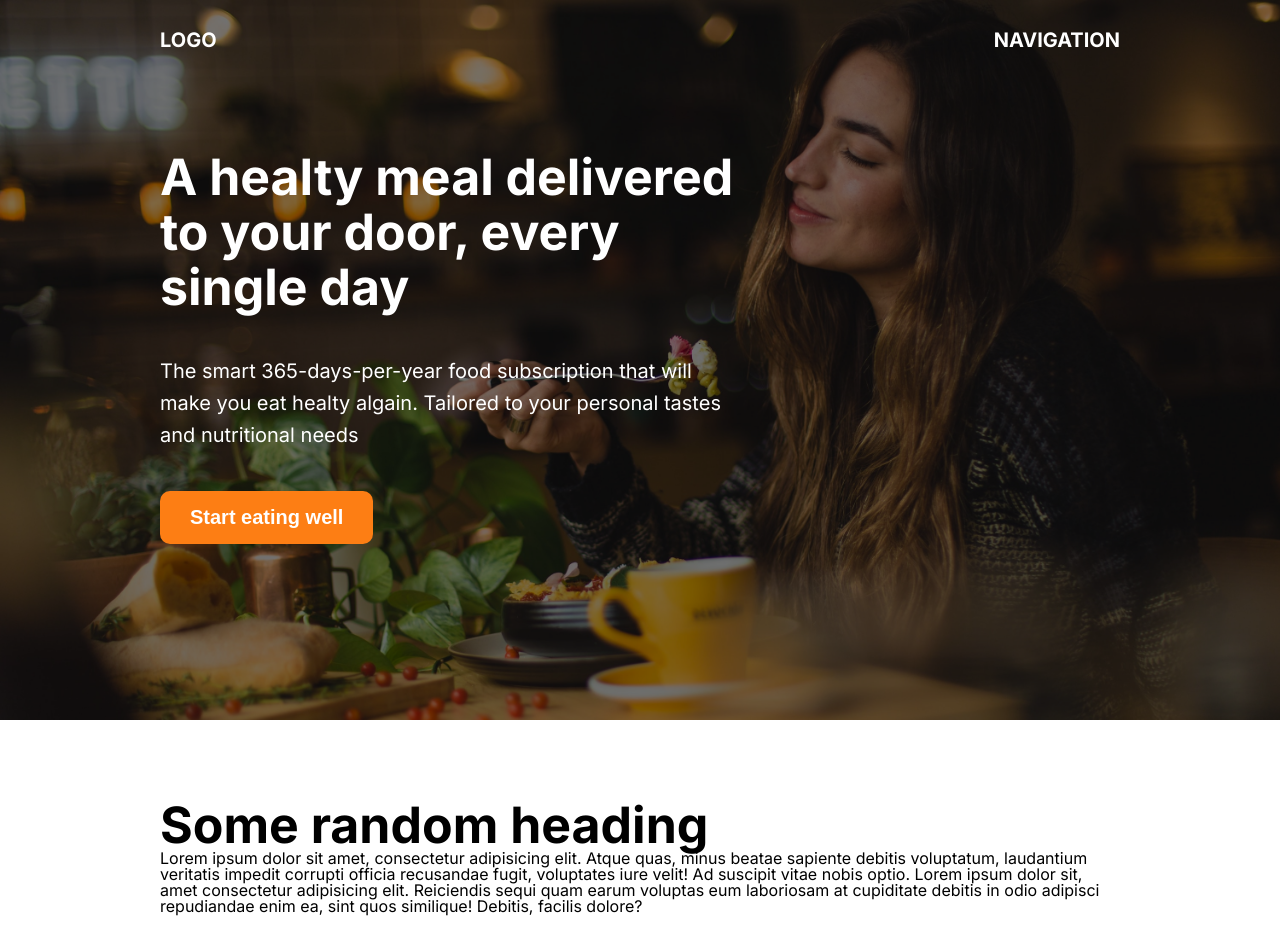
Repository: Ahmed123rezk123/06-Components
Page: hero.html
These files come from the project's save history. The page is drawn as it stood at one moment and after the next save; the edit follows.
The browser window is 1280 px wide. The pictures show the whole page.

Above is the page before, as saved 2024-09-18 09:31:13.

### hero.html
<!DOCTYPE html>
<html lang="en">
  <head>
    <meta charset="UTF-8" />
    <meta name="viewport" content="width=device-width, initial-scale=1.0" />
    <link rel="preconnect" href="https://fonts.gstatic.com" />
    <link
      href="https://fonts.googleapis.com/css2?family=Inter:wght@400;500;700&display=swap"
      rel="stylesheet"
    />
    <style>
      * {
        margin: 0;
        padding: 0;
        box-sizing: border-box;
      }

      body {
        font-family: "Inter", sans-serif;
        /* color: #343a40;
        background-color: #f8f9fa; */
        line-height: 1;
      }
      header {
        position: relative;
        background-image: url(/hero.jpg);
        background-repeat: no-repeat;
        background-size: cover;
        height: 100vh;
      }
      header::after {
        content: "";
        position: absolute;
        width: 100%;
        height: 100%;
        background-color: rgba(0, 0, 0, 0.5);
        top: 0;
        left: 0;
      }
      .container {
        margin: 0 150px;
        padding: 30px 10px;
      }
      nav {
        display: flex;
        justify-content: space-between;
        align-items: center;
      }
      nav div {
        color: #fff;
        font-size: 20px;
        font-weight: bold;
        text-transform: uppercase;
        z-index: 2;
      }
      .header-container {
        position: relative;
        margin-top: 40px;
        max-width: 600px;
        color: #fff;
        z-index: 3;
      }
      .header-container-inner h1 {
        font-size: 50px;
        line-height: 1.1;
        margin-bottom: 40px;
      }
      .header-container-inner p {
        line-height: 1.6;
        font-size: 20px;
        margin-bottom: 40px;
      }
      .btn {
        padding: 15px 30px;
        font-size: 20px;
        color: #fff;
        background-color: #fd7e14;
        cursor: pointer;
        border-radius: 10px;
        border: none;
        font-weight: bold;
        margin-bottom: 0;
      }
      section h1 {
        margin-top: 50px;
        font-size: 50px;
        font-weight: bold;
        color: ;
      }
    </style>
    <title>Pagination</title>
  </head>
  <body>
    <header>
      <nav class="container">
        <div>logo</div>
        <div>NAVIGATION</div>
      </nav>
      <div class="header-container container">
        <div class="header-container-inner">
          <h1>A healty meal delivered to your door, every single day</h1>
          <p>
            The smart 365-days-per-year food subscription that will make you eat
            healty algain. Tailored to your personal tastes and nutritional
            needs
          </p>
          <button class="btn">Start eating well</button>
        </div>
      </div>
    </header>
    <section class="container">
      <h1>Some random heading</h1>
      <p>
        Lorem ipsum dolor sit amet, consectetur adipisicing elit. Atque quas,
        minus beatae sapiente debitis voluptatum, laudantium veritatis impedit
        corrupti officia recusandae fugit, voluptates iure velit! Ad suscipit
        vitae nobis optio. Lorem ipsum dolor sit, amet consectetur adipisicing
        elit. Reiciendis sequi quam earum voluptas eum laboriosam at cupiditate
        debitis in odio adipisci repudiandae enim ea, sint quos similique!
        Debitis, facilis dolore?
      </p>
    </section>
  </body>
</html>

After the next save:
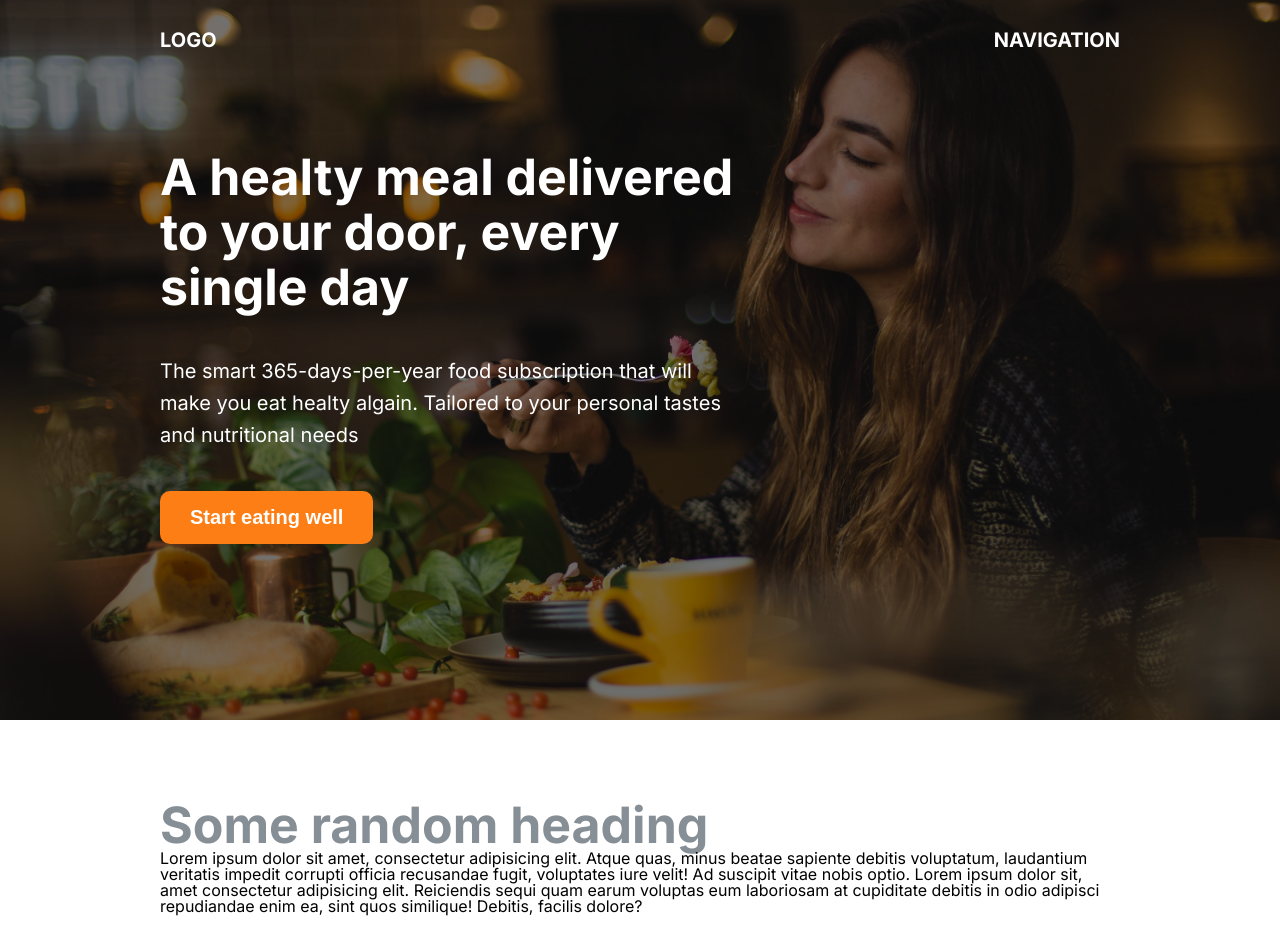
Saved 16 s later.
--- a/hero.html
+++ b/hero.html
@@ -85,7 +85,7 @@
         margin-top: 50px;
         font-size: 50px;
         font-weight: bold;
-        color: ;
+        color: #868e96;
       }
     </style>
     <title>Pagination</title>
